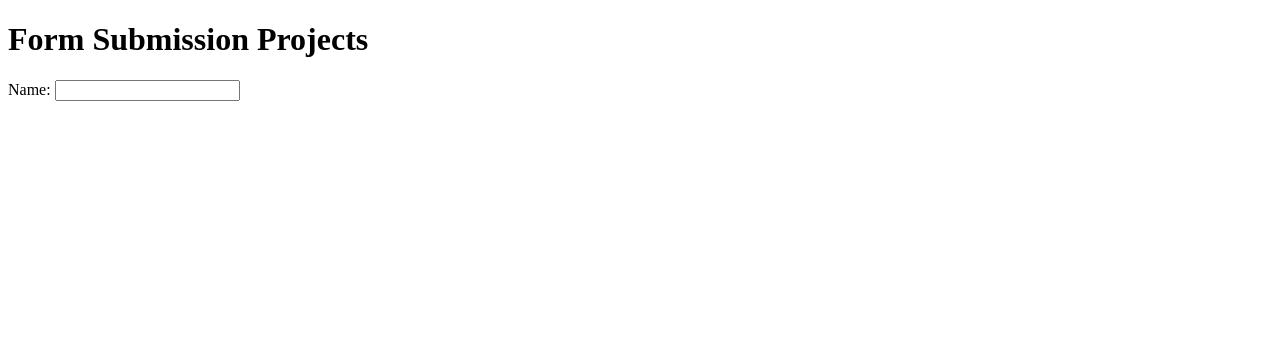
Repository: labib108/ostad-php
Page: projects/formSubmission/index.html
An editor plug-in stored every save of this project. The page is shown before and after a run of saves, followed by the edit.
The browser window is 1280 px wide. The pictures show the whole page.

Above is the page before, as saved 2023-03-21 13:28:00.

After the next 8 saves:
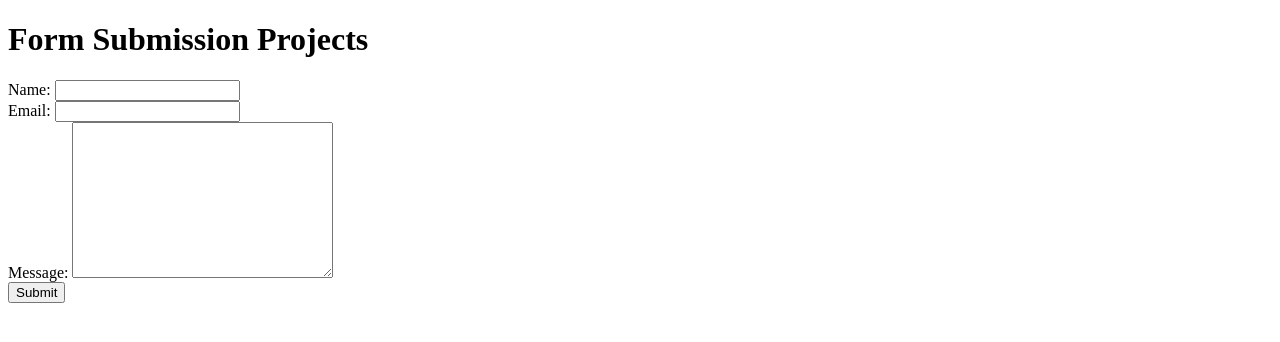
The 8 saves are shown as one change because they came seconds apart.
The last was saved 22 s later.
--- a/projects/formSubmission/index.html
+++ b/projects/formSubmission/index.html
@@ -11,6 +11,11 @@
     <form action="submit.php" method="post">
         <label for="name">Name:</label>
         <input type="text" name="name" id="name"><br>
+        <label for="email">Email:</label>
+        <input type="email" name="email" id="email"><br>
+        <label for="message">Message:</label>
+        <textarea name="message" id="message" cols="30" rows="10"></textarea><br>
+        <input type="submit" value="Submit">
 
     </form>
 </body>
